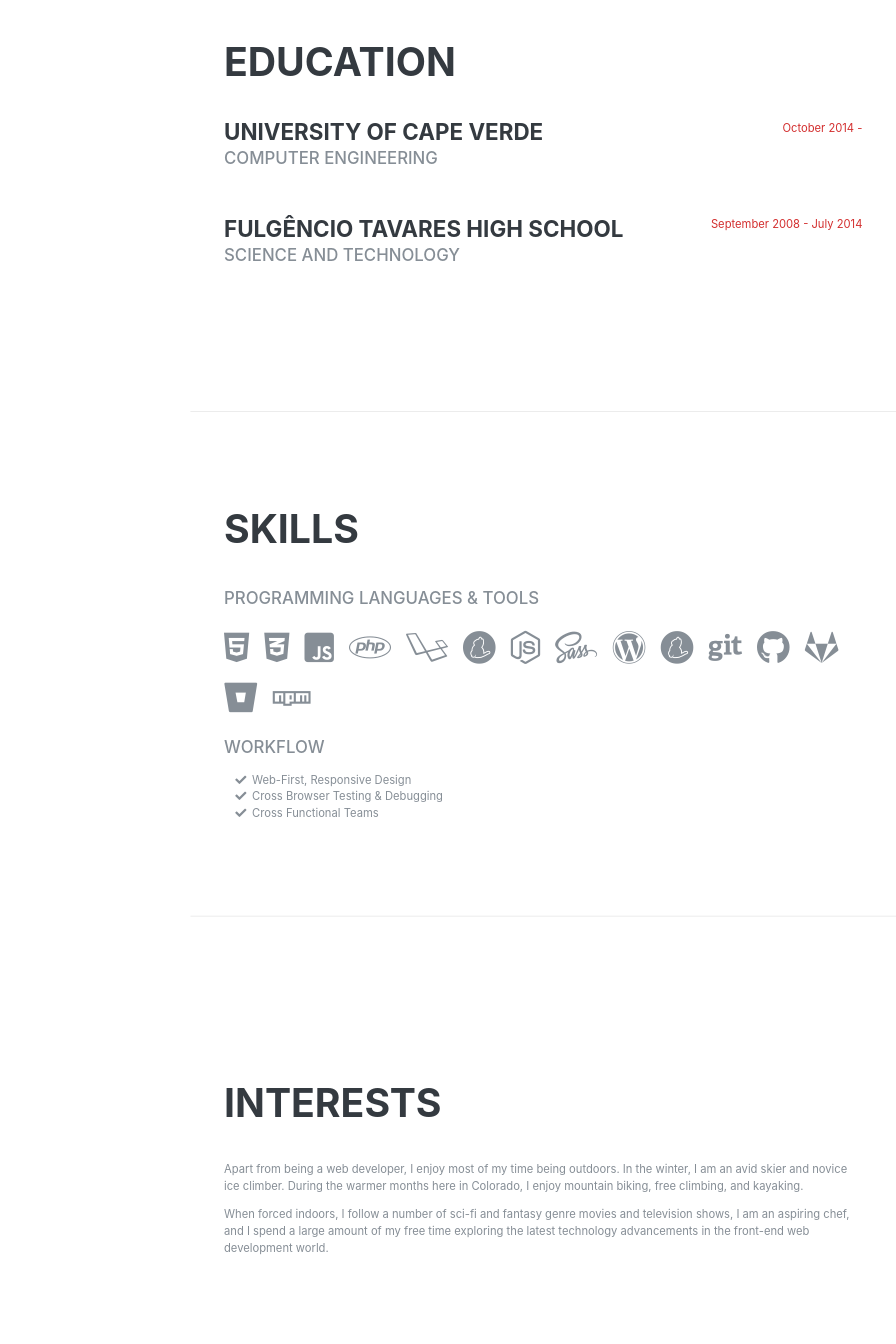
Repository: kcfurtado/kcfurtado.github.io
Page: index.html
These files come from the project's save history. The page is drawn as it stood at one moment and after the next save; the edit follows.
The browser window is 1280 px wide. The pictures show the part of the page from y = 1995 to 3915 px (the page is 4026 px tall), at 70% of full size.
Some web fonts or font styles are not loaded; a fallback is used.

Above is the page before, as saved 2020-04-04 09:27:08.

### index.html
<!DOCTYPE html>
<html lang="en">

<head>

  <meta charset="utf-8">
  <meta name="viewport" content="width=device-width, initial-scale=1, shrink-to-fit=no">
  <meta name="description" content="">
  <meta name="author" content="">

  <title>Kelton Furtado - Portfolio</title>

  <!-- Bootstrap core CSS -->
  <link href="vendor/bootstrap/css/bootstrap.min.css" rel="stylesheet">

  <!-- Custom fonts for this template -->
  <link href="https://fonts.googleapis.com/css?family=Saira+Extra+Condensed:500,700" rel="stylesheet">
  <link href="https://fonts.googleapis.com/css?family=Muli:400,400i,800,800i" rel="stylesheet">
  <link href="vendor/fontawesome-free/css/all.min.css" rel="stylesheet">

  <!-- Custom styles for this template -->
  <link href="css/resume.min.css" rel="stylesheet">

</head>

<body id="page-top">

  <nav class="navbar navbar-expand-lg navbar-dark bg-primary fixed-top" id="sideNav">
    <a class="navbar-brand js-scroll-trigger" href="#page-top">
      <span class="d-block d-lg-none">Kelton Furtado</span>
      <span class="d-none d-lg-block">
        <img class="img-fluid img-profile rounded-circle mx-auto mb-2" src="img/profile.png" alt="">
      </span>
    </a>
    <button class="navbar-toggler" type="button" data-toggle="collapse" data-target="#navbarSupportedContent" aria-controls="navbarSupportedContent" aria-expanded="false" aria-label="Toggle navigation">
      <span class="navbar-toggler-icon"></span>
    </button>
    <div class="collapse navbar-collapse" id="navbarSupportedContent">
      <ul class="navbar-nav">
        <li class="nav-item">
          <a class="nav-link js-scroll-trigger" href="#about">About</a>
        </li>
        <li class="nav-item">
          <a class="nav-link js-scroll-trigger" href="#experience">Experience</a>
        </li>
        <li class="nav-item">
          <a class="nav-link js-scroll-trigger" href="#education">Education</a>
        </li>
        <li class="nav-item">
          <a class="nav-link js-scroll-trigger" href="#skills">Skills</a>
        </li>
        <li class="nav-item">
          <a class="nav-link js-scroll-trigger" href="#interests">Interests</a>
        </li>
        <!-- <li class="nav-item">
          <a class="nav-link js-scroll-trigger" href="#awards">Awards</a>
        </li> -->
      </ul>
    </div>
  </nav>

  <div class="container-fluid p-0">

    <section class="resume-section p-3 p-lg-5 d-flex align-items-center" id="about">
      <div class="w-100">
        <h1 class="mb-0">Kelton
          <span class="text-primary">Furtado</span>
        </h1>
        <div class="subheading mb-5">Praia · Santiago · Cape Verde (+238) 599 52 45
          <a href="kelfurtado28@hotmail.com">kelfurtado28@hotmail.com</a>
        </div>
        <p class="lead mb-5">I am experienced in leveraging agile frameworks to provide a robust synopsis for high level overviews. Iterative approaches to corporate strategy foster collaborative thinking to further the overall value proposition.</p>
        <div class="social-icons">
          <a href="www.linkedin.com/in/kelton-furtado">
            <i class="fab fa-linkedin-in"></i>
          </a>
          <a href="https://github.com/kcfurtado/">
            <i class="fab fa-github"></i>
          </a>
          <!--<a href="#">
            <i class="fab fa-twitter"></i>
          </a>-->
          <a href="https://www.facebook.com/kcafurtado">
            <i class="fab fa-facebook-f"></i>
          </a>
        </div>
      </div>
    </section>

    <hr class="m-0">

    <section class="resume-section p-3 p-lg-5 d-flex justify-content-center" id="experience">
      <div class="w-100">
        <h2 class="mb-5">Experience</h2>

        <div class="resume-item d-flex flex-column flex-md-row justify-content-between mb-5">
          <div class="resume-content">
            <h3 class="mb-0">Senior Web Developer</h3>
            <div class="subheading mb-3">Intelitec Solutions</div>
            <p>Bring to the table win-win survival strategies to ensure proactive domination. At the end of the day, going forward, a new normal that has evolved from generation X is on the runway heading towards a streamlined cloud solution. User generated content in real-time will have multiple touchpoints for offshoring.</p>
          </div>
          <div class="resume-date text-md-right">
            <span class="text-primary">March 2013 - Present</span>
          </div>
        </div>

        <div class="resume-item d-flex flex-column flex-md-row justify-content-between mb-5">
          <div class="resume-content">
            <h3 class="mb-0">Web Developer</h3>
            <div class="subheading mb-3">Intelitec Solutions</div>
            <p>Capitalize on low hanging fruit to identify a ballpark value added activity to beta test. Override the digital divide with additional clickthroughs from DevOps. Nanotechnology immersion along the information highway will close the loop on focusing solely on the bottom line.</p>
          </div>
          <div class="resume-date text-md-right">
            <span class="text-primary">December 2011 - March 2013</span>
          </div>
        </div>

        <div class="resume-item d-flex flex-column flex-md-row justify-content-between mb-5">
          <div class="resume-content">
            <h3 class="mb-0">Junior Web Designer</h3>
            <div class="subheading mb-3">Shout! Media Productions</div>
            <p>Podcasting operational change management inside of workflows to establish a framework. Taking seamless key performance indicators offline to maximise the long tail. Keeping your eye on the ball while performing a deep dive on the start-up mentality to derive convergence on cross-platform integration.</p>
          </div>
          <div class="resume-date text-md-right">
            <span class="text-primary">July 2010 - December 2011</span>
          </div>
        </div>

        <div class="resume-item d-flex flex-column flex-md-row justify-content-between">
          <div class="resume-content">
            <h3 class="mb-0">Web Design Intern</h3>
            <div class="subheading mb-3">Shout! Media Productions</div>
            <p>Collaboratively administrate empowered markets via plug-and-play networks. Dynamically procrastinate B2C users after installed base benefits. Dramatically visualize customer directed convergence without revolutionary ROI.</p>
          </div>
          <div class="resume-date text-md-right">
            <span class="text-primary">September 2008 - June 2010</span>
          </div>
        </div>

      </div>

    </section>

    <hr class="m-0">

    <section class="resume-section p-3 p-lg-5 d-flex align-items-center" id="education">
      <div class="w-100">
        <h2 class="mb-5">Education</h2>

        <div class="resume-item d-flex flex-column flex-md-row justify-content-between mb-5">
          <div class="resume-content">
            <h3 class="mb-0">University of Cape Verde</h3>
            <div class="subheading mb-3">Computer Engineering</div>
            <div></div>
            <p></p>
          </div>
          <div class="resume-date text-md-right">
            <span class="text-primary">October 2014 - </span>
          </div>
        </div>

        <div class="resume-item d-flex flex-column flex-md-row justify-content-between">
          <div class="resume-content">
            <h3 class="mb-0">Fulgêncio Tavares High School</h3>
            <div class="subheading mb-3">Science and Technology</div>
            <p></p>
          </div>
          <div class="resume-date text-md-right">
            <span class="text-primary">September 2008 - July 2014</span>
          </div>
        </div>

      </div>
    </section>

    <hr class="m-0">

    <section class="resume-section p-3 p-lg-5 d-flex align-items-center" id="skills">
      <div class="w-100">
        <h2 class="mb-5">Skills</h2>

        <div class="subheading mb-3">Programming Languages &amp; Tools</div>
        <ul class="list-inline dev-icons">
          <li class="list-inline-item">
            <i class="fab fa-html5"></i>
          </li>
          <li class="list-inline-item">
            <i class="fab fa-css3-alt"></i>
          </li>
          <li class="list-inline-item">
            <i class="fab fa-js-square"></i>
          </li>
          <li class="list-inline-item">
            <i class="fab fa-php"></i>
          </li>
          <li class="list-inline-item">
            <i class="fab fa-laravel"></i>
          </li>
          <li class="list-inline-item">
            <i class="fab fa-yarn"></i>
          </li>
          <!--<li class="list-inline-item">
            <i class="fab fa-react"></i>
          </li>
          -->
          <li class="list-inline-item">
            <i class="fab fa-node-js"></i>
          </li>
          <li class="list-inline-item">
            <i class="fab fa-sass"></i>
          </li>
          <!-- <li class="list-inline-item">
            <i class="fab fa-less"></i>
          </li>
          -->
          <li class="list-inline-item">
            <i class="fab fa-wordpress"></i>
          </li>
          <li class="list-inline-item">
            <i class="fab fa-yarn"></i>
          </li>
          <li class="list-inline-item">
            <i class="fab fa-git"></i>
          </li>
          <li class="list-inline-item">
            <i class="fab fa-github"></i>
          </li>
          <li class="list-inline-item">
            <i class="fab fa-gitlab"></i>
          </li>
          <li class="list-inline-item">
            <i class="fab fa-bitbucket"></i>
          </li>
          <li class="list-inline-item">
            <i class="fab fa-npm"></i>
          </li>
        </ul>

        <div class="subheading mb-3">Workflow</div>
        <ul class="fa-ul mb-0">
          <li>
            <i class="fa-li fa fa-check"></i>
            Web-First, Responsive Design</li>
          <li>
            <i class="fa-li fa fa-check"></i>
            Cross Browser Testing &amp; Debugging</li>
          <li>
            <i class="fa-li fa fa-check"></i>
            Cross Functional Teams</li>
          <!--<li>
            <i class="fa-li fa fa-check"></i>
            Agile Development &amp; Scrum</li>-->
        </ul>
      </div>
    </section>

    <hr class="m-0">

    <section class="resume-section p-3 p-lg-5 d-flex align-items-center" id="interests">
      <div class="w-100">
        <h2 class="mb-5">Interests</h2>
        <p>Apart from being a web developer, I enjoy most of my time being outdoors. In the winter, I am an avid skier and novice ice climber. During the warmer months here in Colorado, I enjoy mountain biking, free climbing, and kayaking.</p>
        <p class="mb-0">When forced indoors, I follow a number of sci-fi and fantasy genre movies and television shows, I am an aspiring chef, and I spend a large amount of my free time exploring the latest technology advancements in the front-end web development world.</p>
      </div>
    </section>

    <hr class="m-0">

    <!--<section class="resume-section p-3 p-lg-5 d-flex align-items-center" id="awards">
      <div class="w-100">
        <h2 class="mb-5">Awards &amp; Certifications</h2>
        <ul class="fa-ul mb-0">
          <li>
            <i class="fa-li fa fa-trophy text-warning"></i>
            Google Analytics Certified Developer</li>
          <li>
            <i class="fa-li fa fa-trophy text-warning"></i>
            Mobile Web Specialist - Google Certification</li>
          <li>
            <i class="fa-li fa fa-trophy text-warning"></i>
            1<sup>st</sup>
            Place - University of Colorado Boulder - Emerging Tech Competition 2009</li>
          <li>
            <i class="fa-li fa fa-trophy text-warning"></i>
            1<sup>st</sup>
            Place - University of Colorado Boulder - Adobe Creative Jam 2008 (UI Design Category)</li>
          <li>
            <i class="fa-li fa fa-trophy text-warning"></i>
            2<sup>nd</sup>
            Place - University of Colorado Boulder - Emerging Tech Competition 2008</li>
          <li>
            <i class="fa-li fa fa-trophy text-warning"></i>
            1<sup>st</sup>
            Place - James Buchanan High School - Hackathon 2006</li>
          <li>
            <i class="fa-li fa fa-trophy text-warning"></i>
            3<sup>rd</sup>
            Place - James Buchanan High School - Hackathon 2005</li>
        </ul>
      </div>
    </section>
  -->

  </div>

  <!-- Bootstrap core JavaScript -->
  <script src="vendor/jquery/jquery.min.js"></script>
  <script src="vendor/bootstrap/js/bootstrap.bundle.min.js"></script>

  <!-- Plugin JavaScript -->
  <script src="vendor/jquery-easing/jquery.easing.min.js"></script>

  <!-- Custom scripts for this template -->
  <script src="js/resume.min.js"></script>

</body>

</html>

### css/resume.min.css
/*!
 * Start Bootstrap - Resume v5.0.8 (https://startbootstrap.com/template-overviews/resume)
 * Copyright 2013-2019 Start Bootstrap
 * Licensed under MIT (https://github.com/BlackrockDigital/startbootstrap-resume/blob/master/LICENSE)
 */body{font-family:Muli,-apple-system,BlinkMacSystemFont,'Segoe UI',Roboto,'Helvetica Neue',Arial,sans-serif,'Apple Color Emoji','Segoe UI Emoji','Segoe UI Symbol','Noto Color Emoji';padding-top:54px;color:#868e96}@media (min-width:992px){body{padding-top:0;padding-left:17rem}}h1,h2,h3,h4,h5,h6{font-family:'Saira Extra Condensed',-apple-system,BlinkMacSystemFont,'Segoe UI',Roboto,'Helvetica Neue',Arial,sans-serif,'Apple Color Emoji','Segoe UI Emoji','Segoe UI Symbol','Noto Color Emoji';font-weight:700;text-transform:uppercase;color:#343a40}h1{font-size:6rem;line-height:5.5rem}h2{font-size:3.5rem}h3{font-size:2rem}p.lead{font-size:1.15rem;font-weight:400}.subheading{text-transform:uppercase;font-weight:500;font-family:'Saira Extra Condensed',-apple-system,BlinkMacSystemFont,'Segoe UI',Roboto,'Helvetica Neue',Arial,sans-serif,'Apple Color Emoji','Segoe UI Emoji','Segoe UI Symbol','Noto Color Emoji';font-size:1.5rem}.social-icons a{display:inline-block;height:3.5rem;width:3.5rem;background-color:#495057;color:#fff!important;border-radius:100%;text-align:center;font-size:1.5rem;line-height:3.5rem;margin-right:1rem}.social-icons a:last-child{margin-right:0}.social-icons a:hover{background-color:#d32f2f}.dev-icons{font-size:3rem}.dev-icons .list-inline-item i:hover{color:#d32f2f}#sideNav .navbar-nav .nav-item .nav-link{font-weight:800;letter-spacing:.05rem;text-transform:uppercase}#sideNav .navbar-toggler:focus{outline-color:#9a0007}@media (min-width:992px){#sideNav{text-align:center;position:fixed;top:0;left:0;display:flex;flex-direction:column;width:17rem;height:100vh}#sideNav .navbar-brand{display:flex;margin:auto auto 0;padding:.5rem}#sideNav .navbar-brand .img-profile{max-width:10rem;max-height:10rem;border:.5rem solid rgba(255,255,255,.2)}#sideNav .navbar-collapse{display:flex;align-items:flex-start;flex-grow:0;width:100%;margin-bottom:auto}#sideNav .navbar-collapse .navbar-nav{flex-direction:column;width:100%}#sideNav .navbar-collapse .navbar-nav .nav-item{display:block}#sideNav .navbar-collapse .navbar-nav .nav-item .nav-link{display:block}}section.resume-section{padding-top:5rem!important;padding-bottom:5rem!important;max-width:75rem}section.resume-section .resume-item .resume-date{min-width:none}@media (min-width:768px){section.resume-section{min-height:100vh}section.resume-section .resume-item .resume-date{min-width:18rem}}@media (min-width:992px){section.resume-section{padding-top:3rem!important;padding-bottom:3rem!important}}.bg-primary{background-color:#d32f2f!important}.text-primary{color:#d32f2f!important}a{color:#d32f2f}a:active,a:focus,a:hover{color:#9a0007}

Loaded but not shown: vendor/bootstrap/css/bootstrap.min.css (library); vendor/fontawesome-free/css/all.min.css (library); vendor/jquery/jquery.min.js (library); vendor/bootstrap/js/bootstrap.bundle.min.js (library); vendor/jquery-easing/jquery.easing.min.js (common file); js/resume.min.js (common file)

After the next save:
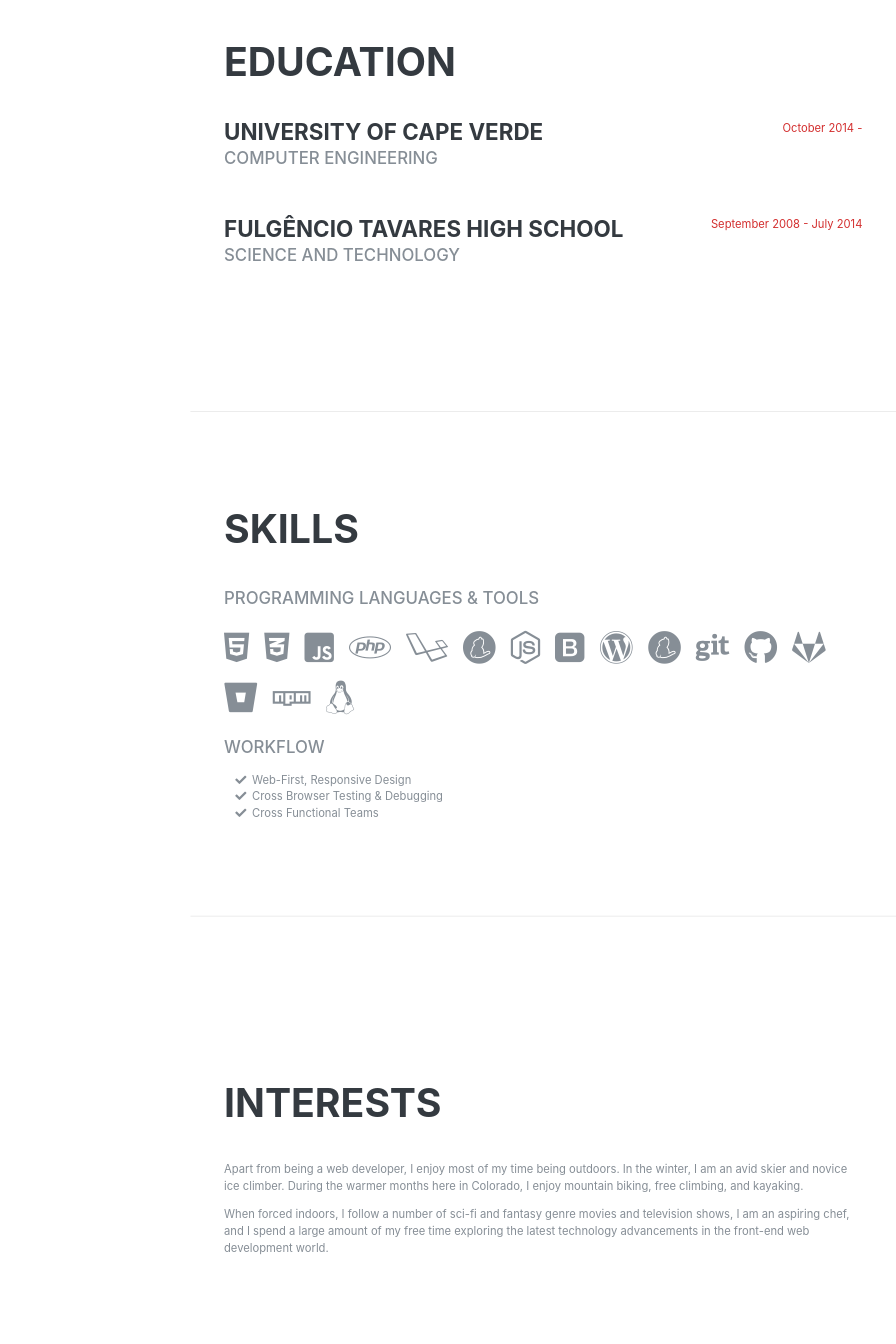
Saved 3 min 20 s later.
--- a/index.html
+++ b/index.html
@@ -207,7 +207,7 @@
             <i class="fab fa-node-js"></i>
           </li>
           <li class="list-inline-item">
-            <i class="fab fa-sass"></i>
+            <i class="fab fa-bootstrap"></i>
           </li>
           <!-- <li class="list-inline-item">
             <i class="fab fa-less"></i>
@@ -233,6 +233,9 @@
           </li>
           <li class="list-inline-item">
             <i class="fab fa-npm"></i>
+          </li>
+          <li class="list-inline-item">
+            <i class="fab fa-linux"></i>
           </li>
         </ul>
 
